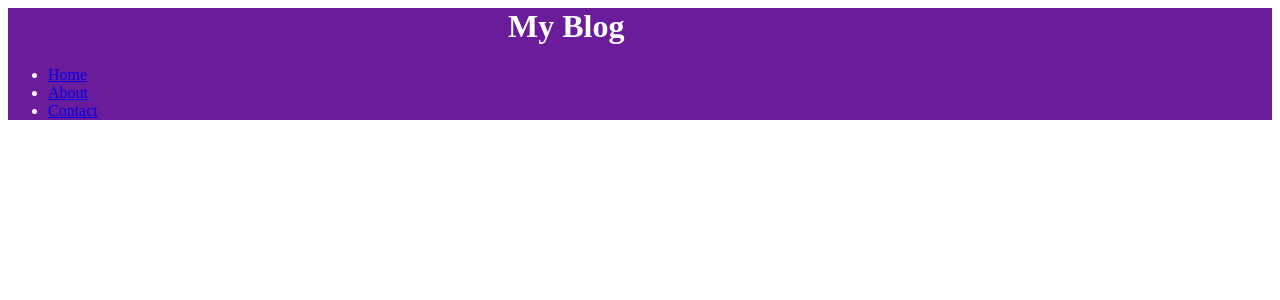
Repository: Femi007-gh/BLOG
Page: index.html
An editor plug-in stored every save of this project. The page is shown before and after the next save, followed by the edit.
The browser window is 1280 px wide. The pictures show the whole page.

Above is the page before, as saved 2025-01-08 06:49:22.

After the next save:
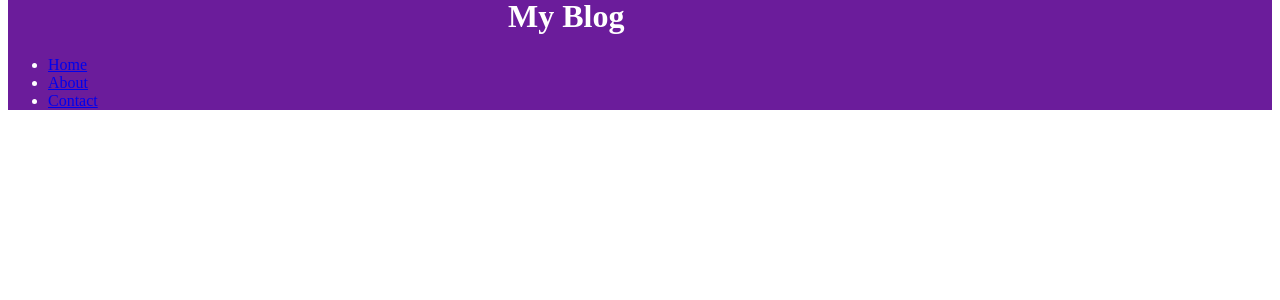
Saved 5 s later.
--- a/style.css
+++ b/style.css
@@ -5,5 +5,5 @@ header {
 
 h1 {
   margin-left: 500px;
-  margin-top: 0px;
+  margin-top: -10px;
 }
